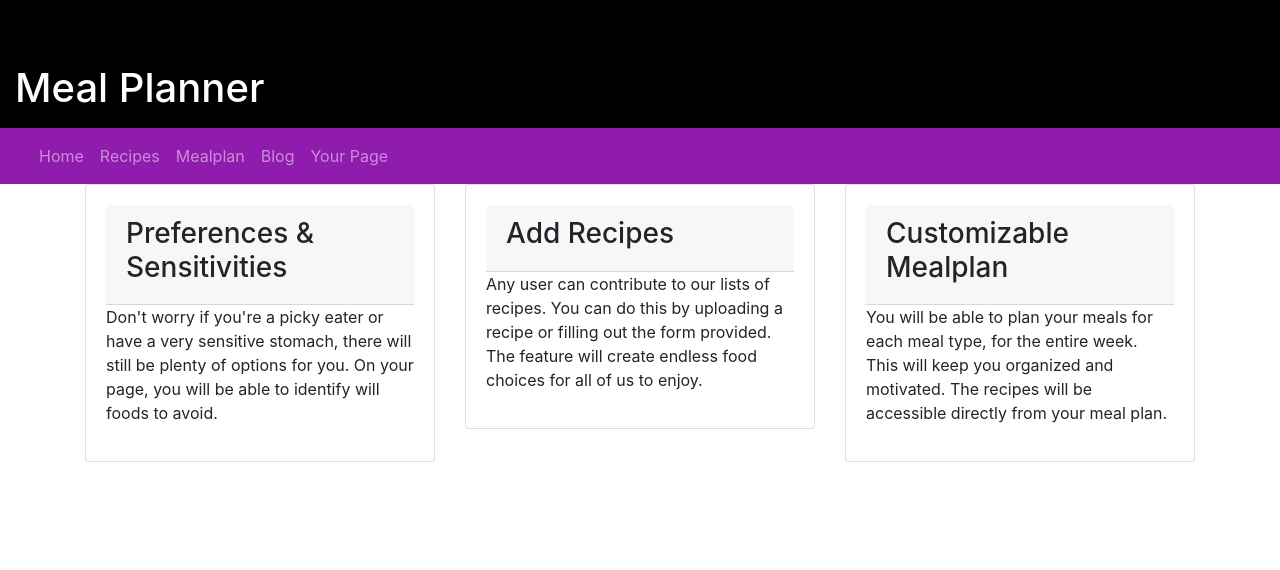
Repository: madisonisfan/mealplanner-react
Page: /home
These files come from the project's save history. The page is drawn as it stood at one moment and after a run of saves; the edit follows.
The browser window is 1280 px wide. The pictures show the whole page.
The project was rebuilt for these pictures with package versions that can differ from the ones it lists, and the page was loaded fresh each time.

Above is the page before, as saved 2021-04-18 13:49:11.

### src/App.js
import React, { Component } from "react";
import "./App.css";
import Main from "./components/MainComponent";
import { BrowserRouter } from "react-router-dom";

class App extends Component {
  render() {
    return (
      <BrowserRouter>
        <div className="App">
          <Main />
        </div>
      </BrowserRouter>
    );
  }
}

export default App;

### src/App.css
.jumbotron {
  height: 100px;
  margin: 0px !important;
  background-color: black !important;
  color: white;
}

.navbar {
  background-color: #901cad;
  color: white;
}

### src/components/MainComponent.js
import React, { Component } from "react";
import Home from "./HomeComponent";
import MainHeader from "./HeaderComponent";
import { Switch, Route, Redirect } from "react-router-dom";

class Main extends Component {
  constructor(props) {
    super(props);
    this.state = {};
  }

  render() {
    return (
      <div>
        <MainHeader />
        <Switch>
          <Route path="/home" component={Home} />
          <Redirect to="/home" />
        </Switch>
      </div>
    );
  }
}
export default Main;

### src/components/HomeComponent.js
import React from "react";
import {
  Card,
  CardHeader,
  CardImg,
  CardText,
  CardBody,
  CardTitle,
} from "reactstrap";

function Home(props) {
  return (
    <div className="container">
      <div className="row">
        <div className="col">
          <Card>
            <CardBody>
              <CardHeader>
                <h3>Preferences & Sensitivities</h3>
              </CardHeader>
              <p>
                Don't worry if you're a picky eater or have a very sensitive
                stomach, there will still be plenty of options for you. On your
                page, you will be able to identify will foods to avoid.
              </p>
            </CardBody>
          </Card>
        </div>
        <div className="col">
          <Card>
            <CardBody>
              <CardHeader>
                <h3>Add Recipes</h3>
              </CardHeader>
              <p>
                Any user can contribute to our lists of recipes. You can do this
                by uploading a recipe or filling out the form provided. The
                feature will create endless food choices for all of us to enjoy.
              </p>
            </CardBody>
          </Card>
        </div>
        <div className="col">
          <Card>
            <CardBody>
              <CardHeader>
                <h3>Customizable Mealplan</h3>
              </CardHeader>
              <p>
                You will be able to plan your meals for each meal type, for the
                entire week. This will keep you organized and motivated. The
                recipes will be accessible directly from your meal plan.
              </p>
            </CardBody>
          </Card>
        </div>
      </div>
      <div className="col-12"></div>
    </div> //container
  );
}

export default Home;

### src/components/HeaderComponent.js
import React, { Component } from "react";
import {
  Jumbotron,
  Navbar,
  NavbarBrand,
  NavItem,
  NavLink,
  NavbarToggler,
  Collapse,
  Nav,
} from "reactstrap";

function MainHeader(props) {
  return (
    <React.Fragment>
      <Jumbotron fluid>
        <div className="container-fluid">
          <div className="row  align-items-center">
            <div className="col">
              <h1>Meal Planner</h1>
            </div>
          </div>
        </div>
      </Jumbotron>
      <MainNav />
    </React.Fragment>
  );
}

class MainNav extends Component {
  constructor(props) {
    super(props);
    this.state = {
      isNavOpen: true,
    };
  }
  toggleNav() {
    this.setState({ isNavOpen: !this.state.isNavOpen });
  }

  render() {
    return (
      <Navbar dark sticky="top" expand="md">
        <div className="container-fluid">
          <NavbarToggler isClick={this.toggleNav}></NavbarToggler>
          <Collapse isOpen={this.state.isNavOpen} navbar>
            <Nav navbar>
              <NavItem>
                <NavLink className="nav-link" to="/home">
                  Home
                </NavLink>
              </NavItem>
              <NavItem>
                <NavLink className="nav-link" to="/recipes">
                  Recipes
                </NavLink>
              </NavItem>
              <NavItem>
                <NavLink className="nav-link" to="/mealplan">
                  Mealplan
                </NavLink>
              </NavItem>
              <NavItem>
                <NavLink className="nav-link" to="/blog">
                  Blog
                </NavLink>
              </NavItem>
              <NavItem>
                <NavLink className="nav-link" to="/yourpage">
                  Your Page
                </NavLink>
              </NavItem>
            </Nav>
          </Collapse>
        </div>
      </Navbar>
    );
  }
}

export default MainHeader;

Loaded but not shown: public/index.html (common file); src/index.js (common file); src/index.css (common file); src/reportWebVitals.js (common file)

After the next 3 saves:
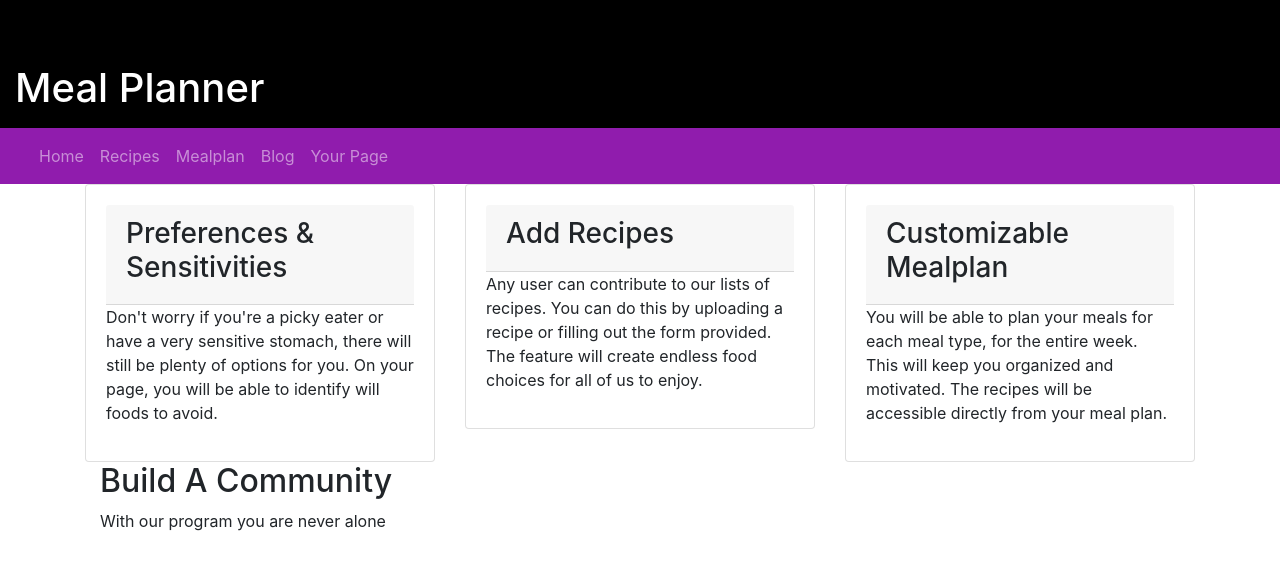
The 3 saves are shown as one change because they came seconds apart.
The last was saved 18 s later.
--- a/src/components/HomeComponent.js
+++ b/src/components/HomeComponent.js
@@ -55,7 +55,10 @@ function Home(props) {
           </Card>
         </div>
       </div>
-      <div className="col-12"></div>
+      <div className="col-12">
+        <h2>Build A Community</h2>
+        <p>With our program you are never alone</p>
+      </div>
     </div> //container
   );
 }
